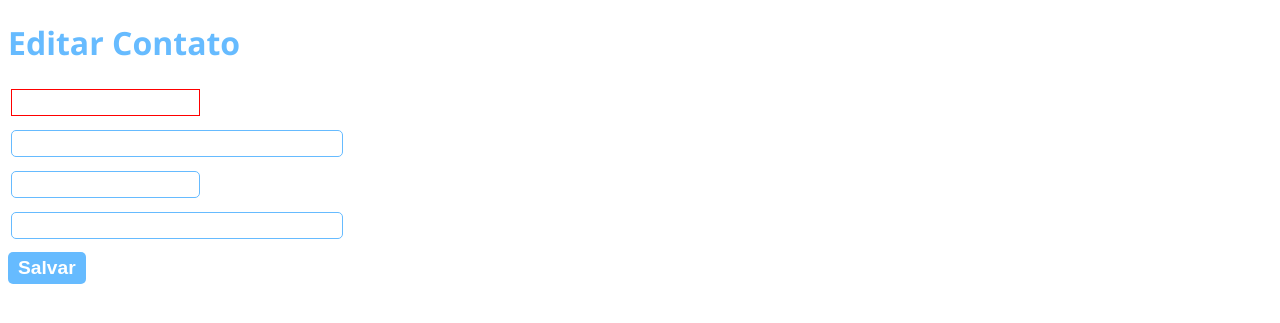
Repository: jairft/Agenda
Page: http://localhost/agenda/select
The author's editor kept a copy of each file at every save. The page is drawn from the files as they stood at one save, then again after the next save.
The browser window is 1280 px wide. The pictures show the whole page.
The page is served by Tomcat 9. Other server files are loaded and not shown. Queries for data that is not in the repository find no rows.

Above is the page before, as saved 2022-09-07 14:52:39.

### agenda/src/main/webapp/editar.jsp
<%@ page language="java" contentType="text/html; charset=utf-8"
	pageEncoding="utf-8"%>
<!DOCTYPE html>
<html lang="pt-br">
<head>
<meta charset="utf-8">
<title>Agenda de contatos</title>
<link rel="icon" href="imagens/fivicon.png">
<link rel="styLesheet" href="style.css">
</head>
<body>
	<h1>Editar Contato</h1>
	<form name="frmContato" action="">
		<table>
			<tr>
				<td><input type="text" name="idcon" id="caixa3" readonly></td>
			</tr>
			<tr>
				<td><input type="text" name="nome" class="caixa1"></td>
			</tr>
			<tr>
				<td><input type="text" name="fone" class="caixa2"></td>
			</tr>
			<tr>
				<td><input type="text" name="email" class="caixa1"></td>
			</tr>
		</table>
		<input type="button" value="Salvar" class="botao1" onClick="validar()">
	</form>
	<script src="scripts/validador.js"></script>
</body>
</html>

### agenda/src/main/java/controller/Controller.java
package controller;

import java.beans.JavaBean;
import java.io.IOException;
import java.util.ArrayList;
import java.util.Iterator;

import javax.servlet.RequestDispatcher;
import javax.servlet.ServletException;
import javax.servlet.annotation.WebServlet;
import javax.servlet.http.HttpServlet;
import javax.servlet.http.HttpServletRequest;
import javax.servlet.http.HttpServletResponse;
import model.DAO;
import model.JavaBeans;;

@WebServlet(urlPatterns = { "/Controller", "/main", "/insert", "/select" })
public class Controller extends HttpServlet {
	private static final long serialVersionUID = 1L;
	DAO dao = new DAO();
	JavaBeans contato = new JavaBeans();

	public Controller() {
		super();

	}

	protected void doGet(HttpServletRequest request, HttpServletResponse response)
			throws ServletException, IOException {
		String action = request.getServletPath();
		System.out.println(action);
		if (action.equals("/main")) {
			contatos(request, response);
		} else if (action.equals("/insert")) {
			novoContato(request, response);
		} else if (action.equals("/select")) {
			listarContato(request, response);
		} else {
			response.sendRedirect("index.html");
		}
	}

	// Listar contatos
	protected void contatos(HttpServletRequest request, HttpServletResponse response)
			throws ServletException, IOException {
		// Criando um objeto que irá receber os dados do JavaBeans
		ArrayList<JavaBeans> lista = dao.listarContatos();
		// teste de recebimento da lista
		/**
		 * for (int i = 0; i < lista.size(); i++) {
		 * System.out.println(lista.get(i).getIdCon());
		 * System.out.println(lista.get(i).getNome());
		 * System.out.println(lista.get(i).getFone());
		 * System.out.println(lista.get(i).getEmail()); }
		 **/
		// Encaminhar a lista ao documento agenda.jsp
		request.setAttribute("contatos", lista);
		RequestDispatcher rd = request.getRequestDispatcher("agenda.jsp");
		rd.forward(request, response);
	}

	// Novo contatos
	protected void novoContato(HttpServletRequest request, HttpServletResponse response)
			throws ServletException, IOException {
		// setar as variaveis JavaBeans
		contato.setNome(request.getParameter("nome"));
		contato.setFone(request.getParameter("fone"));
		contato.setEmail(request.getParameter("email"));
		// invocar o método inserirContato passando o objeto contato!
		dao.inserirContato(contato);
		// Redirecionar para o documento agenda.jsp
		response.sendRedirect("main");

	}

	// Editar contato
	protected void listarContato(HttpServletRequest request, HttpServletResponse response)
			throws ServletException, IOException {
		// Recebimento do id do contato que será editado
		String idcon = request.getParameter("idcon");
		// setar a variavel JavaBeans
		contato.setIdCon(idcon);
		// executar o metodo selecionarContato (DAO)
		dao.selecionarContato(contato);
		// teste de recebimento
//		System.out.println(contato.getIdCon());
//		System.out.println(contato.getNome());
//		System.out.println(contato.getFone());
//		System.out.println(contato.getEmail());

		// Setar os atributos do formulario com o conteúdo JavaBeans
		request.setAttribute("idcon", contato.getIdCon());
		request.setAttribute("nome", contato.getNome());
		request.setAttribute("fone", contato.getFone());
		request.setAttribute("email", contato.getEmail());
		// Encaminhar para o documento editar.jsp
		RequestDispatcher rd = request.getRequestDispatcher("editar.jsp");
		rd.forward(request, response);

	}

}

### agenda/src/main/webapp/style.css
@charset "utf-8";
@import url('https://fonts.googleapis.com/css2?family=Open+Sans:wght@400;700&display=swap');

body {
	font-family: 'Open Sans', sans-serif;
	font-size: 1em;
	font-weight: 400;
}

h1 {
	color: #66bbff;

}
.botao1 {
	text-decoration: none;
	background-color: #66bbff;
	padding: 5px 10px 5px 10px;
	color: #fff;
	font-size: 1.2em;
	font-weight: 700;
	border-radius: 5px;
	border: 0;
	cursor: pointer;
}

.caixa1 {
	width: 320px;
	padding: 5px;
	margin-bottom: 10px;
	border: 1px solid #66bbff;
	border-radius: 5px
}

.caixa2 {
	padding: 5px;
	margin-bottom: 10px;
	border: 1px solid #66bbff;
	border-radius: 5px
}

#caixa3 {
	padding: 5px;
	margin-bottom: 10px;
	border: 1px solid #ff0000;
}

#tabela {
	margin-top: 30px;
	border-collapse: collapse;
}

#tabela th {
	border: 1px solid #ddd;
	padding: 10px;
	text-align: left;
	background-color: #66bbff;
	color: #fff;

}

#tabela td {
	border: 1px solid #ddd;
	padding: 10px;
}

### agenda/src/main/webapp/scripts/validador.js
/**
 *Validação de formulário
 *@author Jair Freitas
 */

 function validar(){
	let nome = frmContato.nome.value
	let fone = frmContato.fone.value
	if(nome === ""){
		alert('Preencha o campo nome!')
		frmContatos.nome.focus()
		return false
	}else if(fone === ""){
		alert('Preencha o campo fone!')
		frmContatos.fone.focus()
		return false
	}else {
		document.forms["frmContato"].submit()
	}
}

After the next save:
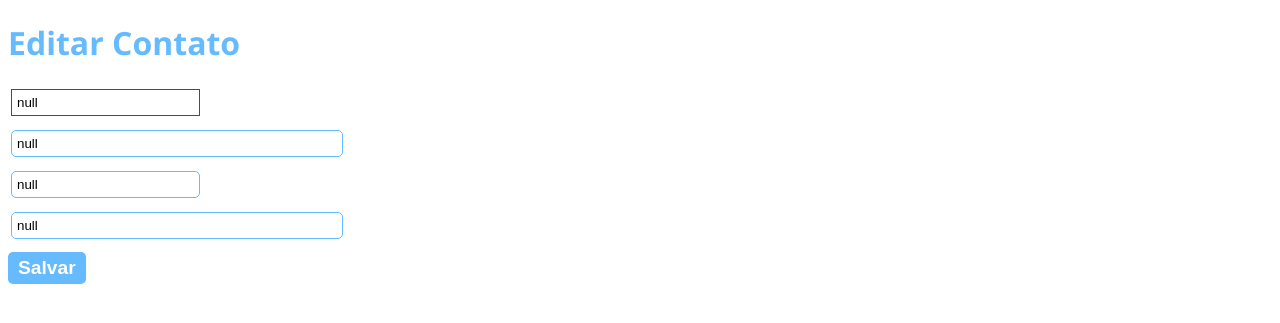
Saved 4 min 52 s later.
--- a/agenda/src/main/webapp/editar.jsp
+++ b/agenda/src/main/webapp/editar.jsp
@@ -13,16 +13,16 @@
 	<form name="frmContato" action="">
 		<table>
 			<tr>
-				<td><input type="text" name="idcon" id="caixa3" readonly></td>
+				<td><input type="text" name="idcon" id="caixa3" readonly value="<%out.print(request.getAttribute("idcon"));%>"></td>
 			</tr>
 			<tr>
-				<td><input type="text" name="nome" class="caixa1"></td>
+				<td><input type="text" name="nome" class="caixa1" value="<%out.print(request.getAttribute("nome"));%>"></td>
 			</tr>
 			<tr>
-				<td><input type="text" name="fone" class="caixa2"></td>
+				<td><input type="text" name="fone" class="caixa2" value="<%out.print(request.getAttribute("fone"));%>"></td>
 			</tr>
 			<tr>
-				<td><input type="text" name="email" class="caixa1"></td>
+				<td><input type="text" name="email" class="caixa1" value="<%out.print(request.getAttribute("email"));%>"></td>
 			</tr>
 		</table>
 		<input type="button" value="Salvar" class="botao1" onClick="validar()">
